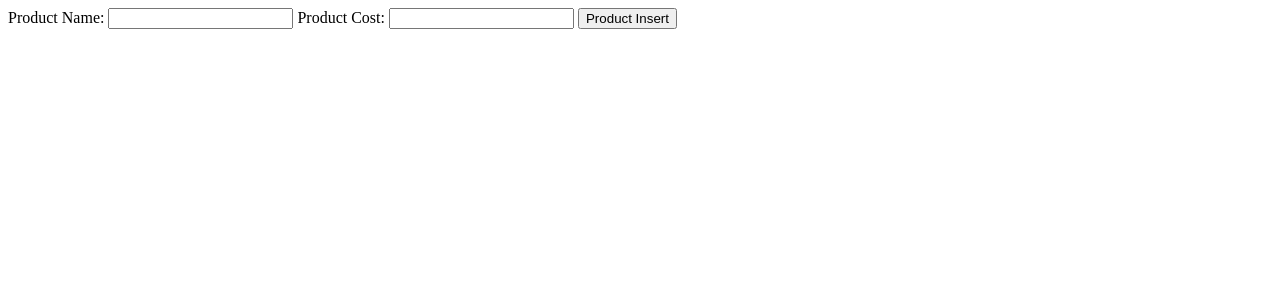
Repository: Shivaabhai/OnlineTest
Page: http://localhost/FrontEndProject/views/product.jsp
These files come from the project's save history. The page is drawn as it stood at one moment and after the next save; the edit follows.
The browser window is 1280 px wide. The pictures show the whole page.
The page is served by Tomcat 9.

Above is the page before, as saved 2018-11-10 10:00:02.

After the next save:
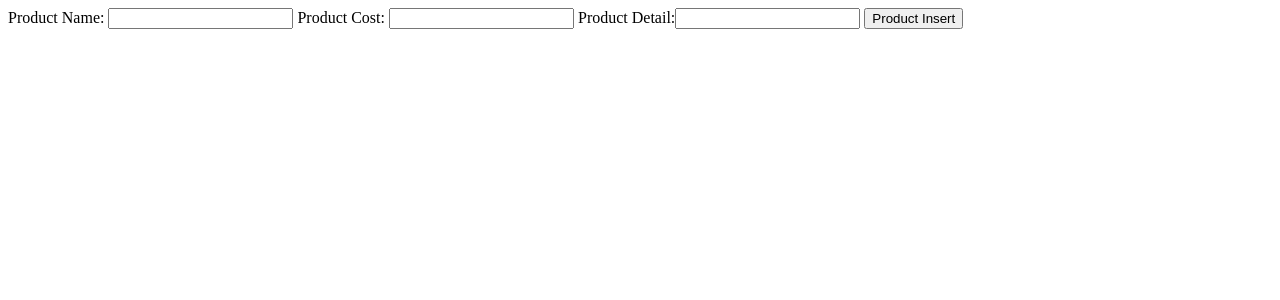
Saved 18 h 14 min later.
--- a/FrontEndProject/src/main/webapp/views/product.jsp
+++ b/FrontEndProject/src/main/webapp/views/product.jsp
@@ -12,6 +12,7 @@
 
 Product Name: <input type="text" name="pName"/>
 Product Cost: <input type="text" name="pCost"/>
+Product Detail:<input type="text">
 
 <input type="submit" value="Product Insert"/>
 </form>
